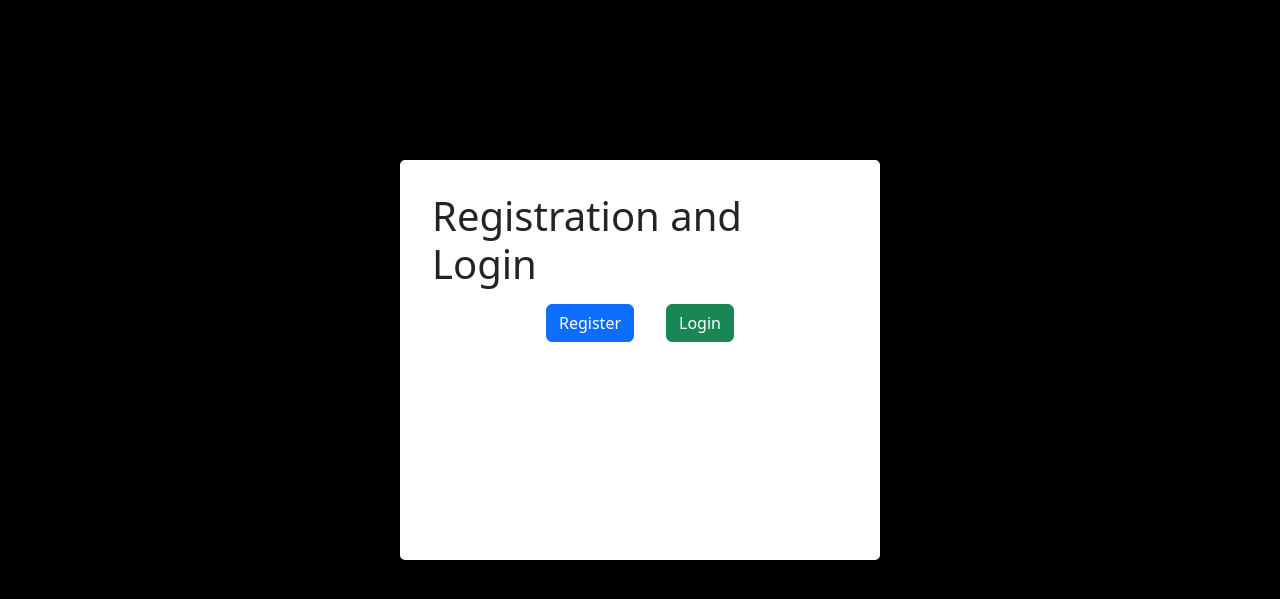
Repository: tran-thien-nhan/quiz_tlln
Page: sign_in_log_in.html
These files come from the project's save history. The page is drawn as it stood at one moment and after the next save; the edit follows.
The browser window is 1280 px wide. The pictures show the whole page.

Above is the page before, as saved 2023-06-27 16:00:20.

After the next save:
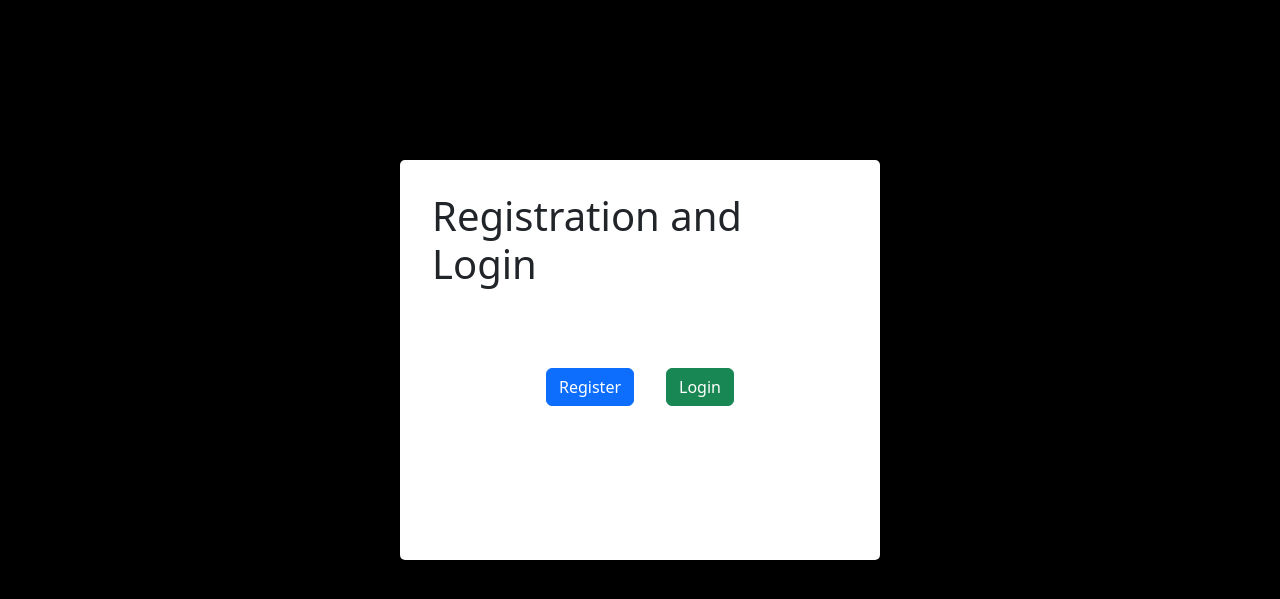
Saved 56 s later.
--- a/sign_in_log_in.html
+++ b/sign_in_log_in.html
@@ -69,8 +69,8 @@
     </div>
 
     <div id="button-group">
-      <button id="registerBtn" class="btn btn-primary" style="margin-right: 2rem;">Register</button>
-      <button id="loginBtn" class="btn btn-success">Login</button>
+      <button id="registerBtn" class="btn btn-primary" style="margin-right: 2rem; margin-top: 4rem;">Register</button>
+      <button id="loginBtn" class="btn btn-success" style="margin-top: 4rem;">Login</button>
     </div>
   </div>
 
